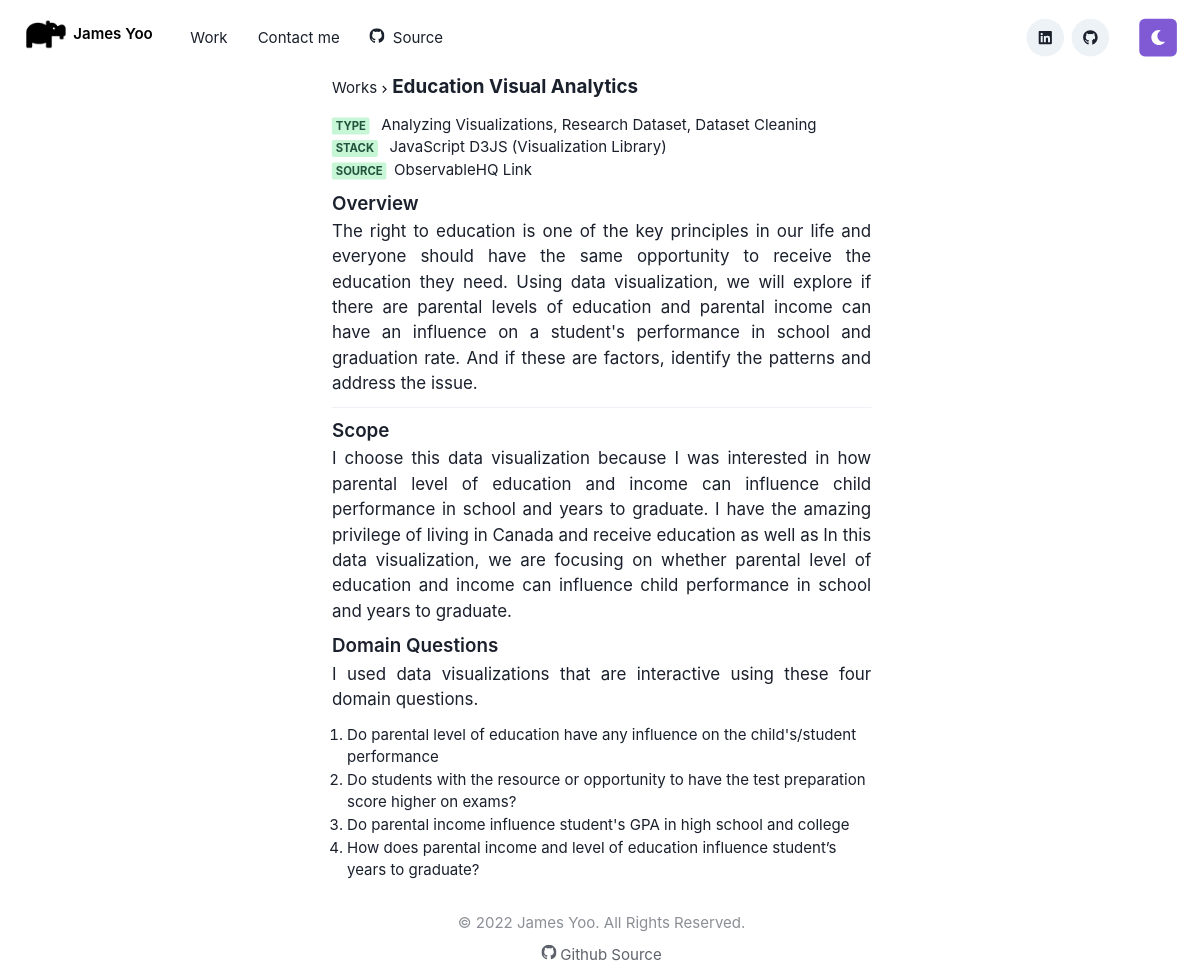
Repository: jammy729/portfolio-2022
Page: /work/educationvisualanalytics
The author's editor kept a copy of each file at every save. The page is drawn from the files as they stood at one save, then again after the next save.
The browser window is 1280 px wide. The pictures show the whole page, at 94% of full size.
The project was rebuilt for these pictures with package versions that can differ from the ones it lists, and the page was loaded fresh each time. Also part of the build but not shown: src/components/home.js, src/components/contact.js, src/components/layouts/layout.js, src/components/work/work.js, src/components/work/Development/WorldInstitutionDatabase/worldinstitutiondatabase.js, src/components/work/Development/GeoMemories/geomemories.js, src/components/work/Design/ExperienceDesign/experiencedesign.js, src/components/work/Development/PersonalPortfolio/personalportfolio.js. Imported but missing from the stored project, and not drawn on this page: src/components/work/Design/FinestCup/finestcup, src/components/work/Development/WorldInstitutionDatabase/universityDatabase.mp4.

Above is the page before, as saved 2022-06-28 15:53:58.

After the next save:
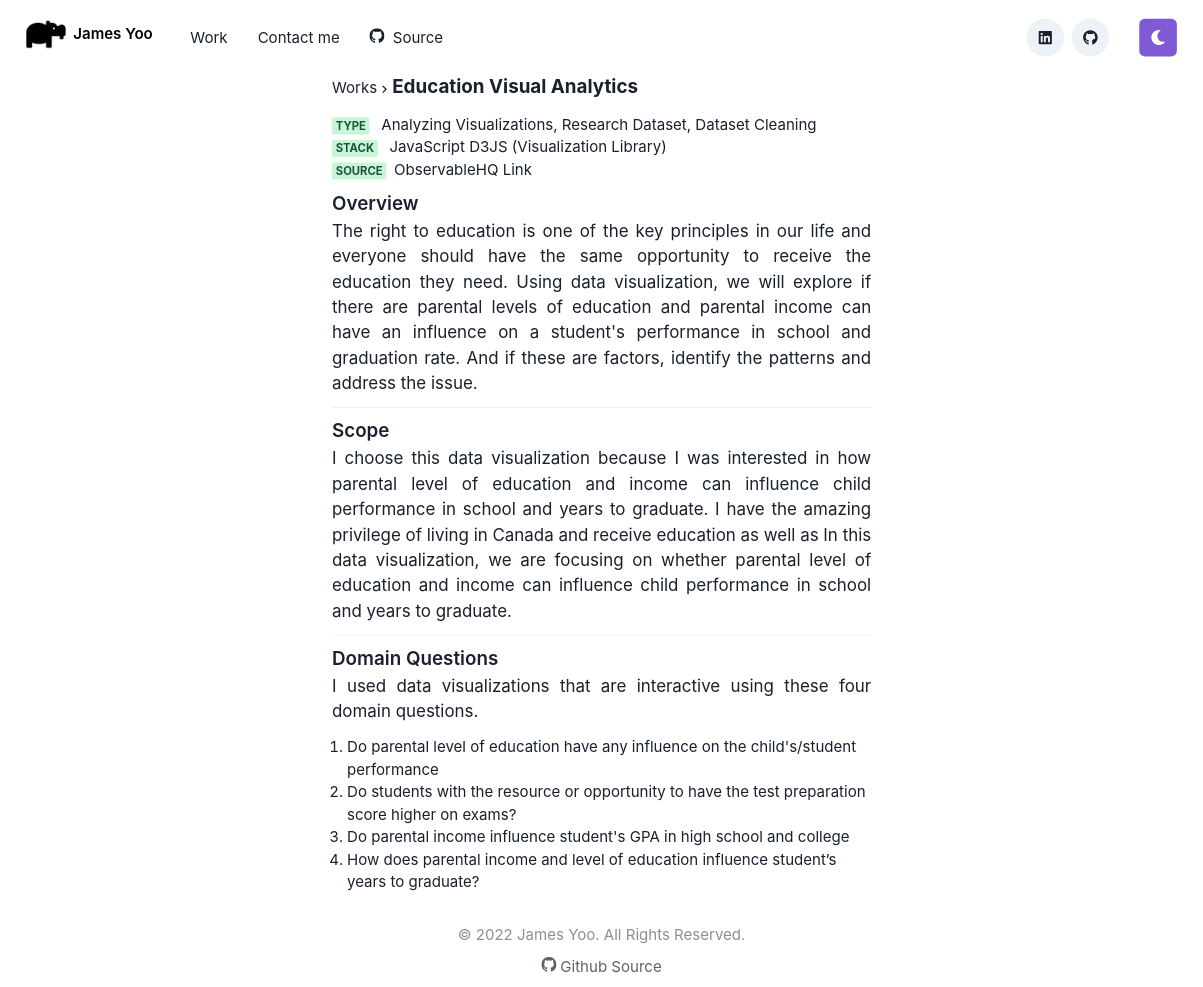
Saved 9 s later.
--- a/src/components/work/Development/EducationVisualAnalytics/educationvisualanalytics.js
+++ b/src/components/work/Development/EducationVisualAnalytics/educationvisualanalytics.js
@@ -52,6 +52,8 @@ const EducationVisualAnalytics = () => {
           and income can influence child performance in school and years to
           graduate.
         </DescriptionText>
+
+        <Divider />
 
         {/* DOMAIN QUESTIONS  */}
         <Writing size='md' title='Domain Questions' />
